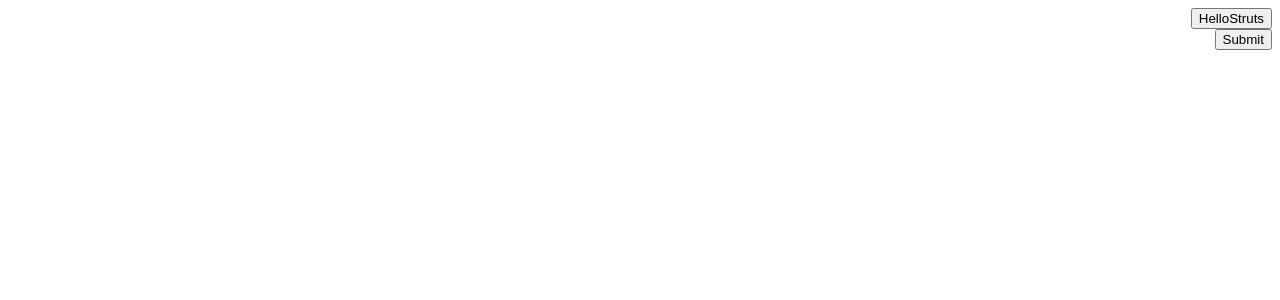
Repository: gjp373/test
Page: http://localhost/WebProj/index.jsp
The author's editor kept a copy of each file at every save. The page is drawn from the files as they stood at one save, then again after the next save.
The browser window is 1280 px wide. The pictures show the whole page.
The page is served by Tomcat 9. Other server files are loaded and not shown.

Above is the page before, as saved 2018-03-15 02:03:03.

### WebProj/WebContent/index.jsp
<%@ page language="java" contentType="text/html; charset=UTF-8"
    pageEncoding="UTF-8"%>
<%@ taglib prefix="s" uri="/struts-tags" %>

<!DOCTYPE html>
<html>
<head>
<meta charset="UTF-8">
<title>INDEX</title>
</head>

<body>


  <form action="HelloStrutsAction">
    <s:submit value="HelloStruts"/>
  </form>

  <form action="WelcameAction">
    <s:submit valiue="Welcame"/>
  </form>





</body>
</html>

After the next save:
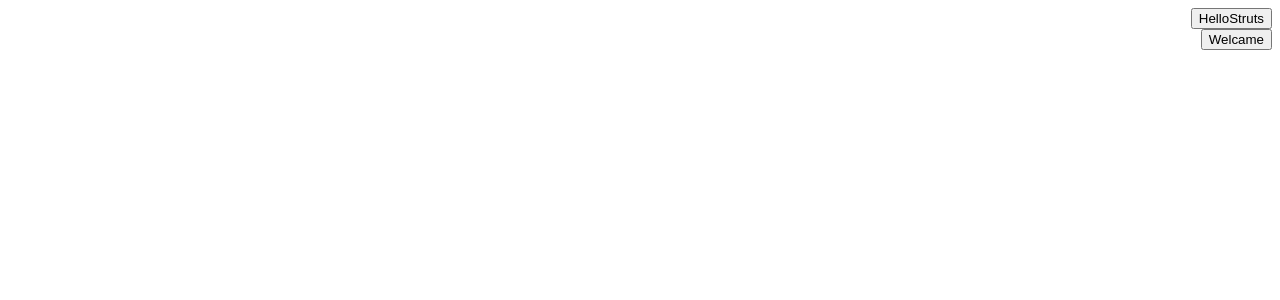
Saved 10 s later.
--- a/WebProj/WebContent/index.jsp
+++ b/WebProj/WebContent/index.jsp
@@ -17,7 +17,7 @@
   </form>
 
   <form action="WelcameAction">
-    <s:submit valiue="Welcame"/>
+    <s:submit value="Welcame"/>
   </form>
 
 
